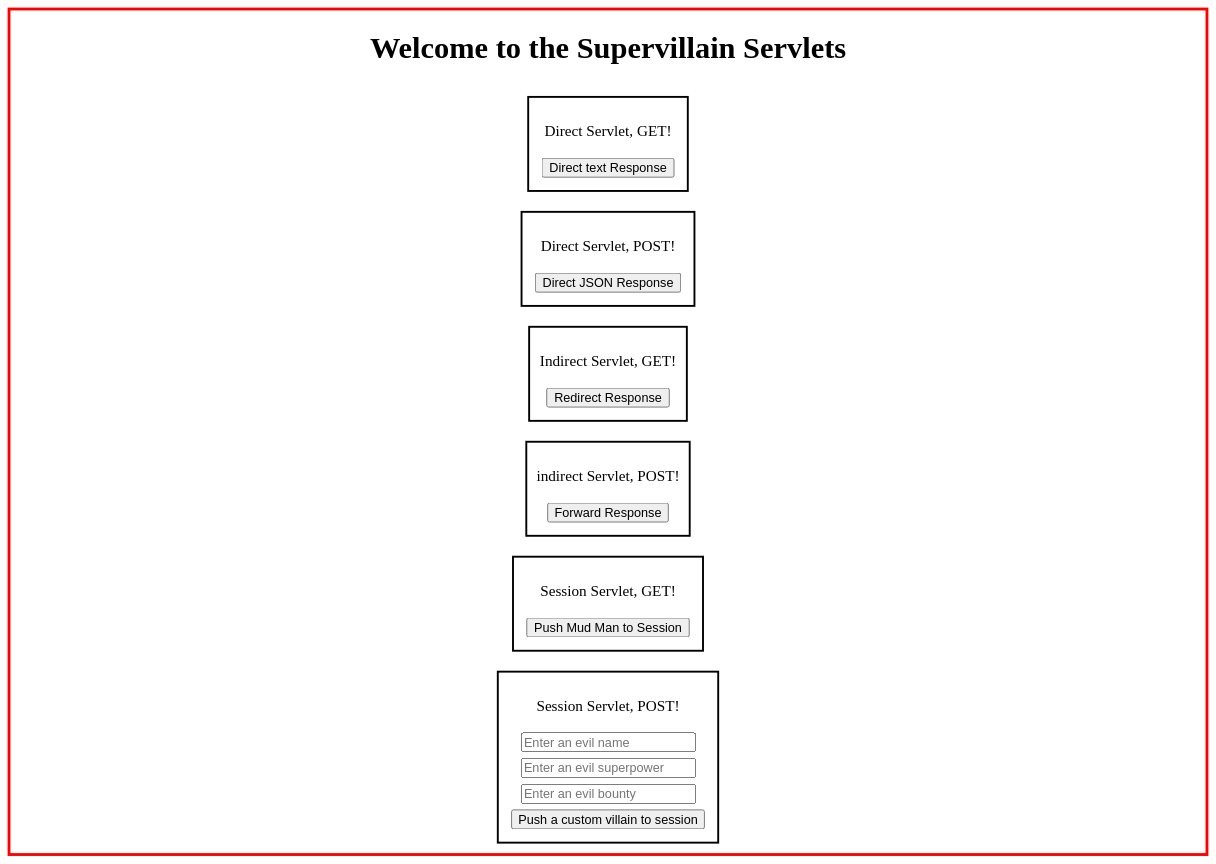
Repository: 210222-reston-java-msa/week2
Page: HelloServlets/src/main/webapp/index.html
These files come from the project's save history. The page is drawn as it stood at one moment and after the next save; the edit follows.
The browser window is 1280 px wide. The pictures show the whole page, at 95% of full size.

Above is the page before, as saved 2021-03-05 01:27:43.

### HelloServlets/src/main/webapp/index.html
<!DOCTYPE html>
<html>
<head>
<meta charset="ISO-8859-1">
<title>Welcome!!</title>
<link rel="stylesheet" type="text/css" href="resources/css/styles.css" />
</head>
<body>
	<div class="supervillain-container">
		<h1>Welcome to the Supervillain Servlets</h1>

		<!-- don't use a slash in the action when I'm specifying that I want to contact that particular servlet -->
		<form method="GET" action="dirserv">
			<p>Direct Servlet, GET!</p>
			<input type="submit" value="Direct text Response"></input>
		</form>

		<form method="POST" action="dirserv">
			<p>Direct Servlet, POST!</p>
			<input type="submit" value="Direct JSON Response"></input>
		</form>

		<!-- form hit the doGet() method in the indirect servlet-->
		<form method="GET" action="indirserv">
			<p>Indirect Servlet, GET!</p>
			<input type="submit" value="Redirect Response"></input>
		</form>

		<!-- form hit the doPost method in the indirect servlet -->
		<form method="POST" action="indirserv">
			<p>indirect Servlet, POST!</p>
			<input type="submit" value="Forward Response"></input>
		</form>

		<!-- 3 more forms hitting our session servlets to be made-->

		<form method="GET" action="sesserv">
			<p>Session Servlet, GET!</p>
			<input type="submit" value="Push Mud Man to Session"></input>
		</form>

		<form method="POST" action="sesserv">
			<p>Session Servlet, POST!</p>
			<input type="text" name="name" placeholder="Enter an evil name" /> <br />
			<input type="text" name="superpower" placeholder="Enter an evil superpower" /> <br />
			<input type="number" name="bounty" placeholder="Enter an evil bounty" /> <br />
			<input type="submit" value="Push a custom villain to session" /> <br />


		</form>


	</div>

</body>
</html>

### HelloServlets/src/main/webapp/resources/css/styles.css
.supervillain-container {
    display: flex;
    flex-direction: column;
    align-items: center;
    border: 3px red solid;
    text-align: center;
}

form {
    border: 2px solid black;
    padding: 10px;
    margin: 10px;
}

input {
    margin: 3px;
}

After the next save:
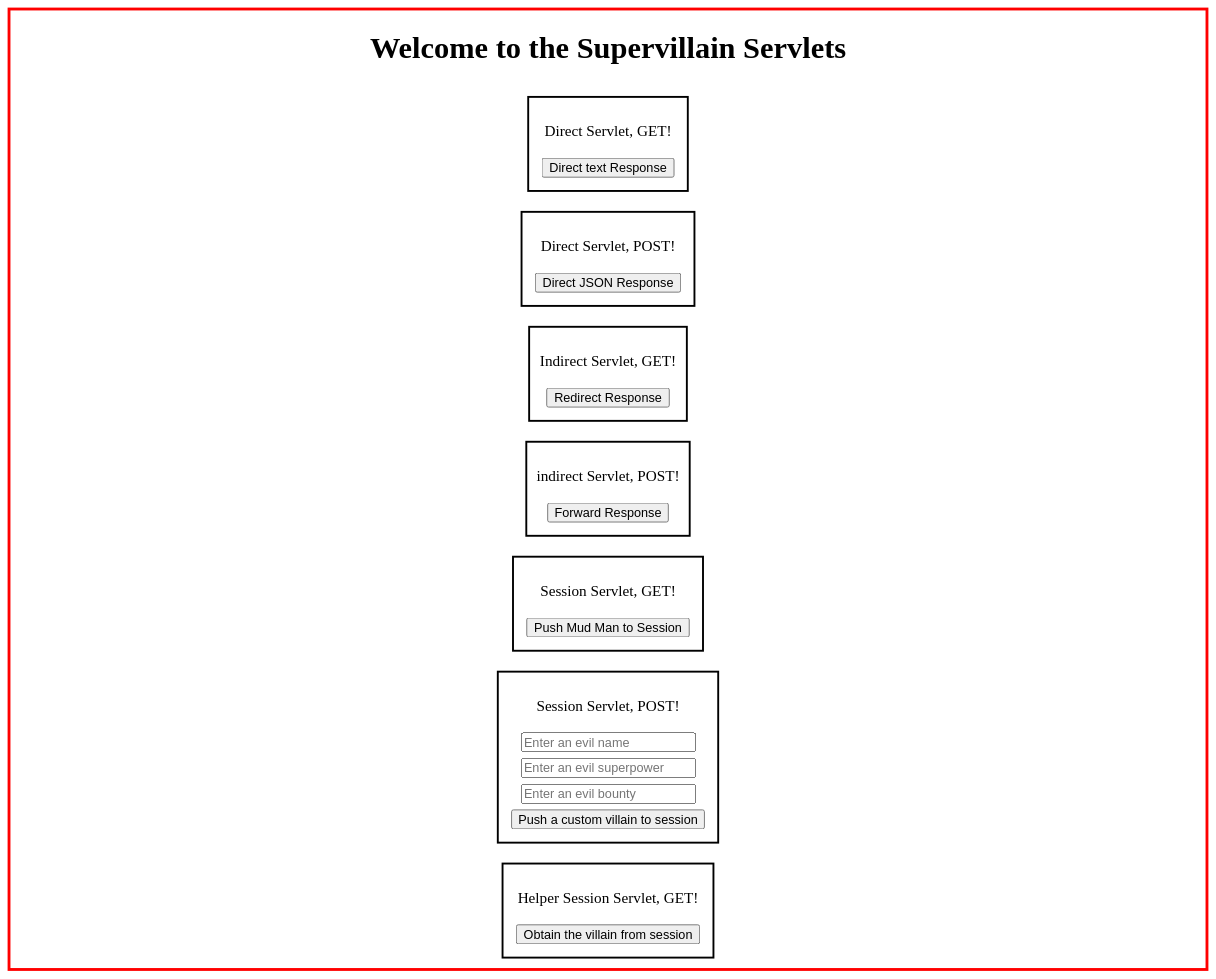
Saved 42 min 58 s later.
--- a/HelloServlets/src/main/webapp/index.html
+++ b/HelloServlets/src/main/webapp/index.html
@@ -45,8 +45,12 @@
 			<input type="text" name="superpower" placeholder="Enter an evil superpower" /> <br />
 			<input type="number" name="bounty" placeholder="Enter an evil bounty" /> <br />
 			<input type="submit" value="Push a custom villain to session" /> <br />
+		</form>
 
 
+		<form method="GET" action="helpersesserv">
+			<p>Helper Session Servlet, GET!</p>
+			<input type="submit" value="Obtain the villain from session"></input>
 		</form>
 
 
